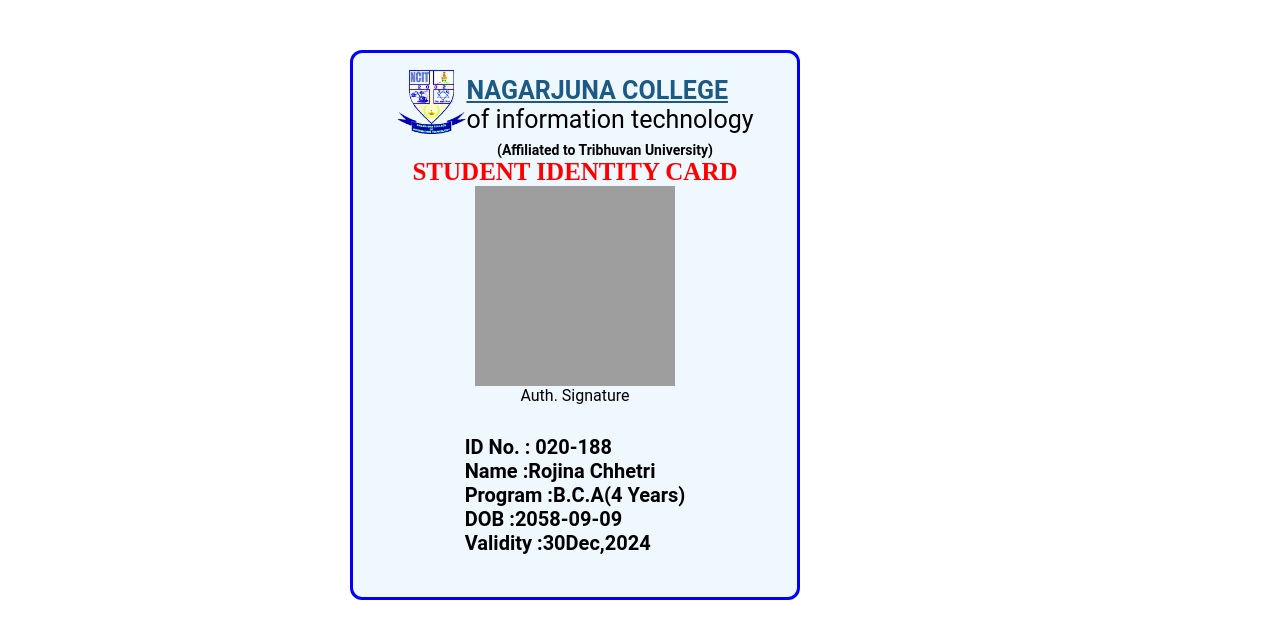
Repository: Rojinachhetri/roji
Page: rojina.html
The author's editor kept a copy of each file at every save. The page is drawn from the files as they stood at one save, then again after the next save.
The browser window is 1280 px wide. The pictures show the whole page.
Pictures or frames that could not be fetched are drawn as grey boxes.

Above is the page before, as saved 2023-04-24 22:58:18.

### rojina.html
<!DOCTYPE html>
<html lang="en">

<head>
    <meta charset="UTF-8">
    <meta http-equiv="X-UA-Compatible" content="IE=edge">
    <meta name="viewport" content="width=device-width, initial-scale=1.0">
    <title>Nagrajuna college</title>
    <link rel="stylesheet" href="rojina.css">
</head>

<body>
    <div class="container">
        <div class="hero">
            <div class="card_logo">
                <img src="logo1.png" alt="logo" height="70px" width="70px">
            </div>
            <div class="hero_text">
                <div class="name">NAGARJUNA COLLEGE</div>
                <div class="class1">of information technology</div>
            </div>
        </div>
        <div class="header">(Affiliated to Tribhuvan University)</div>
        <div class="student">STUDENT IDENTITY CARD</div>
        <div class="hero1">
            <img src="./rojinaa.jpg" alt="picture" height="200px" width="200px">
            <div>Auth. Signature</div>
        </div>
        <div class="id">
            <div>ID No. : 020-188</div>
            <div>Name :Rojina Chhetri</div>
            <div>Program :B.C.A(4 Years)</div>
            <div>DOB :2058-09-09</div>
            <div>Validity :30Dec,2024</div>
        </div>

    </div>


</body>

</html>

### rojina.css
    * {
        box-sizing: border-box;
        padding: 0px;
        margin: 0px;
        font-family: RobotO, sans-serif;
    }

    .container {
        width: 450px;
        height: 550px;
        background-color: aliceblue;
        border: 3px solid blue;
        display: flex;
        flex-direction: column;
        align-items: center;
        margin: 50px 150px 50px 350px;
        padding: 0px 10px 10px 10px;
        border-radius: 12px 12px 12px 12px;
    }

    .hero {
        display: flex;
        flex-direction: row;
        align-items: center;
        margin-top: 15px;
    }

    .hero_text {
        font-size: 25px;
    }

    .hero_text .name {
        text-decoration: underline;
        color: #1c5a85;
        font-weight: bolder;
    }

    .header {
        font-size: 14px;
        font-weight: bold;
        margin-left: 60px;
    }

    .hero1 {
        display: flex;
        flex-direction: column;
        align-items: center;
    }

    .student {
        font-size: 25px;
        font-weight: bolder;
        font-family: 'Times New Roman', Times, serif;
        color: red;
    }

    .id {
        font-size: 20px;
        margin-top: 30px;
        font-weight: bold;
    }

After the next save:
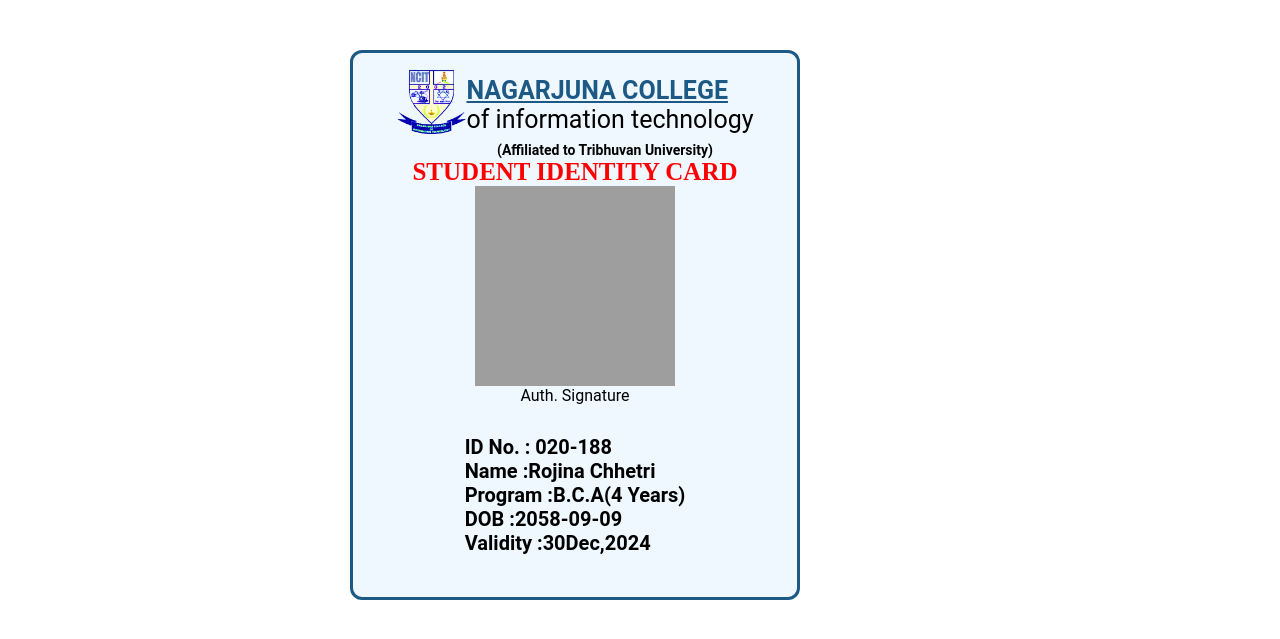
Saved 2 min 51 s later.
--- a/rojina.css
+++ b/rojina.css
@@ -9,7 +9,7 @@
         width: 450px;
         height: 550px;
         background-color: aliceblue;
-        border: 3px solid blue;
+        border: 3px solid #1c5a85;
         display: flex;
         flex-direction: column;
         align-items: center;
